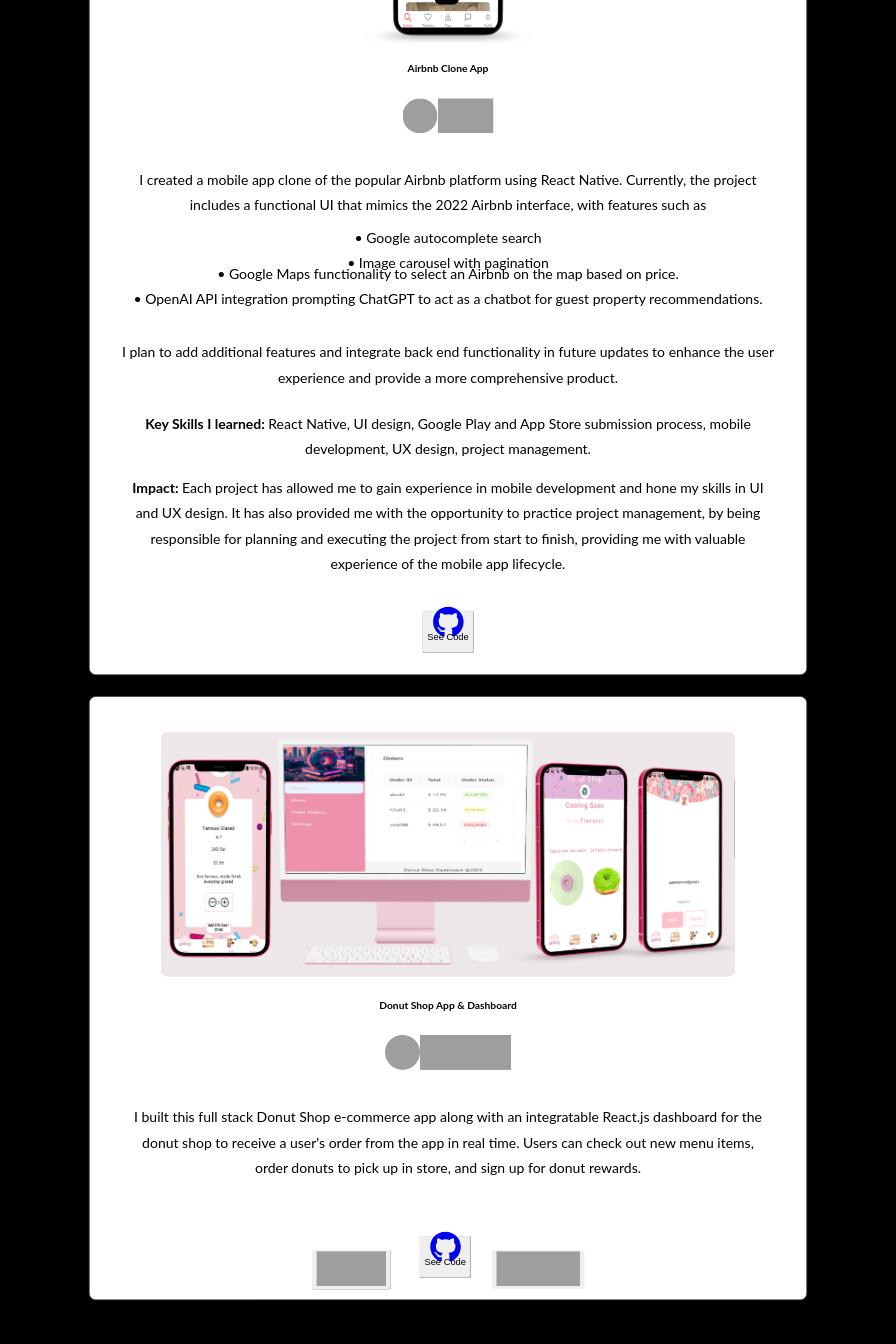
Repository: JamesPesenti/portfolio
Page: /
An editor plug-in stored every save of this project. The page is shown before and after the next save, followed by the edit.
The browser window is 1280 px wide. The pictures show the part of the page from y = 1839 to 3759 px (the page is 6929 px tall), at 70% of full size.
Pictures or frames that could not be fetched are drawn as grey boxes. The project was rebuilt for these pictures with package versions that can differ from the ones it lists, and the page was loaded fresh each time. Imported but missing from the stored project, and not drawn on this page: src/Components/James Pesenti Resume 2023.pdf.

Above is the page before, as saved 2023-05-29 08:41:11.

### public/index.html
<!DOCTYPE html>
<html lang="en">
  <head>
    <meta charset="utf-8" />
    <link rel="" href="" />
    <meta name="viewport" content="width=device-width, initial-scale=1" />
    <meta name="theme-color" content="#000000" />
    <meta name="description" content="James Pesenti Portfolio 2022" />
    <link rel="apple-touch-icon" href="" />
    <link rel="manifest" href="%PUBLIC_URL%/manifest.json" />

    <title>Portfolio 2023</title>

  </head>
  <body>
    <div id="root"></div>
  </body>
</html>

### src/Components/Navbar.jsx
import React, {Component} from 'react'
import { FaGithub } from "react-icons/fa";
import { FaEnvelope } from "react-icons/fa";
import { FaFile } from "react-icons/fa";
import Pdf from "../Components/James Pesenti Resume 2023.pdf"


const Navbar = () => {
  return (
    <>
          <div className="navbar flex">
            <div className="container">
                <nav>
                  <ul style={{textAlign: "center", marginTop: 70, position: 'relative', left: 0, top: -2}}>
                    <li>
                      <a className="App-link"  href="mailto:jamespesenti91@gmail.com" target="_blank" rel="noopener noreferrer">
                      <FaEnvelope size={35} style={{display: "flex", textAlign: "center", marginLeft: 10}}/>
                          Contact
                      </a>
                    </li>
                    <li>
                      <a className="App-link" href="https://github.com/JamesPesenti" target="_blank" rel="noopener noreferrer">
                        <FaGithub size={35} style={{display: "flex", textAlign: "center", marginLeft: 10}} />
                        GitHub
                      </a>
                    </li>
                    <li>
                      <a className="App-link" href={Pdf} target="_blank" rel="noopener noreferrer">
                        <FaFile size={35} style={{display: "flex", textAlign: "center", marginLeft: 10}} />
                        Resume
                      </a>
                    </li>
                  </ul>
                </nav>
                {/* <h4 style={{color: "white", textAlign: 'center', marginBottom:-440}}>
                  See my work below and send a message to get in touch
                </h4> */}
            </div>
          </div>
    </>
  )
}

export default Navbar

### src/Components/AboutMe.jsx
import React from 'react'
import { FontAwesomeIcon } from '@fortawesome/react-fontawesome'
import { FaGithub } from "react-icons/fa";
import { FaMapPin } from "react-icons/fa";

const AboutMe = () => {
  return (
    <>

        <div style={{justifyContent: "center", textAlign: "center", color: "white", padding: 50,}}>
            {/* Spinning image  */}
            {/* <img style={{padding: 10, borderRadius: "50%", width: 200, height: 200,}} src="/images/IMG_1619.jpg" className="App-logo" alt="logo" /> */}
            <img style={{padding: 10, borderRadius: "50%", width: 200, height: 200,}} src="/images/IMG_1619.jpg" alt="logo" />
            <h1>I'm James Pesenti</h1>
            <h2>a Software Developer building mobile apps and websites</h2>
              <FaMapPin size={20} style={{position: "relative", top: 5, right: 65, }} />
              <h3 style={{marginTop: -24}}> Chicago, IL</h3>
        </div>

</>
  )
}

export default AboutMe

### src/Components/Scroll.jsx
import React from 'react'
import '../CSS/App.css';


const Scroll = () => {

  return (
    <>

        <div style={{marginBottom: 400, justifyContnent: 'center'}} id="section09" class="demo">
          <a href="#parallaxContainer">
            <span></span>
            Scroll down to see my work
          </a>
        </div>

    </>
  )
}

export default Scroll

### src/Components/MyProjects.jsx
import UberGoogleButton from "../Components/UberGoogleButton"
import AstonGoogleButton from "./AstonGoogleButton"
import AstonAppleButton from "./AstonAppleButton"
import BarceGoogleButton from "../Components/BarceGoogleButton"
import BarceAppleButton from "./BarceAppleButton"
import { FaGithub } from "react-icons/fa";

const MyProjects = () => {
  return (

  <>
    <div id="parallaxContainer">

    {/* Airbnb Clone */}
    <div style={{ justifyContent: 'center', alignItems: 'center',  width: "80%", borderRadius: 10}} className="box">
            <div>
                <img style={{ borderRadius: 10, marginTop: 50, marginBottom: -35, width: "48%", height: 350, transition: ".7s", }} src="images/mockrocket-capture (11).png" />
            </div>
            <h4 style={{textAlign: 'center'}}>Airbnb Clone App</h4>
                <div style={{flexDirection: "row", padding: 10, borderRadius: 10, marginBottom: -40,}}>
                  <img style={{width: 50, height: 50, borderRadius: 50}} src="https://i.pinimg.com/originals/8a/02/1a/8a021aa097236b42dd71fb731e3d894d.gif"/>
                  <img style={{width: 80, height: 50, }} src="https://www.datocms-assets.com/45470/1631026680-logo-react-native.png"  />
                  {/* <img style={{width: 50, height: 50, }} src="https://pbs.twimg.com/profile_images/1114309924551417856/FKA4cm2x_400x400.png"  /> */}
                </div>
           <div>
            <p style={{fontSize: 20, textAlign: 'center', padding: 50, marginBottom: -60}}>I created a mobile app clone of the popular Airbnb platform using React Native. Currently, the project includes a functional UI that mimics the 2022 Airbnb interface, with features such as</p>
            <p style={{fontSize: 20, padding: 0, marginBottom: -20}}>&#8226; Google autocomplete search</p>
            <p style={{fontSize: 20,  padding: 0, marginBottom: -40}}>&#8226; Image carousel with pagination</p>
            <p style={{fontSize: 20, paddingHorizontal: 0, marginBottom: -20}}> &#8226; Google Maps functionality to select an Airbnb on the map based on price.</p>
            <p style={{fontSize: 20, paddingHorizontal: 0, marginBottom: -20}}> &#8226; OpenAI API integration prompting ChatGPT to act as a chatbot for guest property recommendations.</p>

            <p style={{fontSize: 20, textAlign: 'center', padding: 40, marginBottom: -60}}>I plan to add additional features and integrate back end functionality in future updates to enhance the user experience and provide a more comprehensive product.</p>
            <p style={{fontSize: 20, textAlign: 'center', padding: 30, marginBottom: -80}}><b> Key Skills I learned: </b>React Native, UI design, Google Play and App Store submission process, mobile development, UX design, project management.</p>
            <p style={{fontSize: 20, textAlign: 'center', padding: 50}}><b> Impact: </b> Each project has allowed me to gain experience in mobile development and hone my skills in UI and UX design. It has also provided me with the opportunity to practice project management, by being responsible for planning and executing the project from start to finish, providing me with valuable experience of the mobile app lifecycle.</p>
           </div>

            <div style={{flexDirection: "row"}}>
                {/* <UberGoogleButton  /> */}
                <button style={{marginTop: 10}} type="button" className="codeButton">
                  <a href="https://github.com/JamesPesenti/Airbnb" target="_blank" rel="noopener noreferrer">
                    <FaGithub  size={45} style={{ marginTop: -80, marginBottom: -25, justifyContent: "center", textAlign: "center"}} />
                  </a>
                  <p>See Code</p>
                </button>
                {/* <AstonAppleButton  /> */}
            </div>

        </div>


     {/* Donut Shop App */}
     <div style={{marginTop: 30, marginBottom: 20, justifyContent: 'center', alignItems: 'center',  width: "80%", borderRadius: 10}} className="box">
            <div>
                <img style={{ borderRadius: 10, marginTop: 50, width: "80%", height: 350, transition: ".7s", }} src="/images/appAndDashMock.png" />
            </div>
            <h4 style={{textAlign: 'center'}}>Donut Shop App & Dashboard</h4>
                <div style={{flexDirection: "row", padding: 10, borderRadius: 10, marginBottom: -40,}}>
                  <img style={{width: 50, height: 50, borderRadius: 50}} src="https://i.pinimg.com/originals/8a/02/1a/8a021aa097236b42dd71fb731e3d894d.gif"/>
                  <img style={{width: 80, height: 50, }} src="https://www.datocms-assets.com/45470/1631026680-logo-react-native.png"  />
                  <img style={{width: 50, height: 50, }} src="https://pbs.twimg.com/profile_images/1114309924551417856/FKA4cm2x_400x400.png"  />
                </div>
            <p style={{fontSize: 20,textAlign: 'center', padding: 50}}>I built this full stack Donut Shop e-commerce app along with an integratable React.js dashboard for the donut shop to receive a user's order from the app in real time. Users can check out new menu items, order donuts to pick up in store, and sign up for donut rewards.</p>

            <div style={{flexDirection: "row"}}>
                <UberGoogleButton  />
                <button style={{marginTop: 40}} type="button" className="codeButton">
                  <a href="https://github.com/JamesPesenti/Donut_Shop" target="_blank" rel="noopener noreferrer">
                    <FaGithub  size={45} style={{ marginTop: -80, marginBottom: -25, justifyContent: "center", textAlign: "center"}} />
                  </a>
                  <p>See Code</p>
                </button>
                <AstonAppleButton  />
            </div>

        </div>


    {/* Uber Eats App */}
    <div style={{marginTop: 80, marginBottom: 60, justifyContent: 'center', alignItems: 'center',  width: "80%", borderRadius: 10}} className="box">
            <div className="imgWrapper" style={{width: 480, height: 350}}>
                <img style={{ borderRadius: 5, marginTop: 50, width: "100%", height: 300, transition: ".7s", }} src="/images/UberEatsLast.png" />
            </div>
            <h4 style={{textAlign: 'center'}}>Uber Eats Clone App</h4>
                <div style={{flexDirection: "row", padding: 10, borderRadius: 10, marginBottom: -40,}}>
                  <img style={{width: 50, height: 50, borderRadius: 50}} src="https://i.pinimg.com/originals/8a/02/1a/8a021aa097236b42dd71fb731e3d894d.gif"/>
                  <img style={{width: 80, height: 50, }} src="https://www.datocms-assets.com/45470/1631026680-logo-react-native.png"  />
                  <img style={{width: 50, height: 50, }} src="https://pbs.twimg.com/profile_images/1114309924551417856/FKA4cm2x_400x400.png" />
                </div>
            <p style={{fontSize: 20,textAlign: 'center', padding: 50}}>A full stack React Native app inspired by the UberEats user app. I utilized AWS Amplify's datastore to configure the back end to query and save customer's orders and used Amazon Cognito for user registration, authentication, & account recovery.</p>

            <div style={{flexDirection: "row"}}>
                <UberGoogleButton  />
                <button style={{marginTop: 40}} type="button" className="codeButton">
                  <a href="https://github.com/JamesPesenti/UberEatsClone" target="_blank" rel="noopener noreferrer">
                    <FaGithub  size={45} style={{ marginTop: -80, marginBottom: -20, justifyContent: "center", textAlign: "center"}} />
                  </a>
                  <p>See Code</p>
                </button>
                <AstonAppleButton  />
            </div>

        </div>


     {/* Aston Waikiki App */}
       <div style={{marginTop: 80, marginBottom: 120, justifyContent: 'center', alignItems: 'center',  width: "80%", borderRadius: 10}} className="box">
            <div className="imgWrapper" style={{width: 450, height: 350}}>
                <img style={{ marginTop: 50, width: "100%", height: "auto", transition: ".7s", }} src="/images/astonmock.png" />
            </div>
            <h4 style={{textAlign: 'center'}}>Aston Waikiki Hotel UI</h4>
                <div style={{flexDirection: "row", padding: 10, borderRadius: 10, marginBottom: -40,}}>
                  <img style={{width: 50, height: 50, borderRadius: 50}} src="https://i.pinimg.com/originals/8a/02/1a/8a021aa097236b42dd71fb731e3d894d.gif"/>
                  <img style={{width: 80, height: 50, }} src="https://www.datocms-assets.com/45470/1631026680-logo-react-native.png"  />
                </div>
            <p style={{fontSize: 20,textAlign: 'center', padding: 50}}>A React Native UI design I created to reimagine the hotel Aston Waikiki Beach's website into a cross platform mobile app. I used most of the content and images from the current website and utilized both Bottom Tabs, Drawer navigation and other React Native libraries for a better user experience.</p>

            <div style={{flexDirection: "row"}}>
                <AstonGoogleButton  />
                <button style={{marginTop: 40}} type="button" className="codeButton">
                        <a href="https://github.com/JamesPesenti/AstonWaikikiBeachApp" target="_blank" rel="noopener noreferrer">
                            <FaGithub  size={45} style={{ marginTop: -80, marginBottom: -20, justifyContent: "center", textAlign: "center"}} />
                        </a>
                        <p>See Code</p>
                </button>
                <AstonAppleButton  />
            </div>

        </div>


    {/* Barcelona App */}
       <div style={{marginTop: 20, marginBottom: 120, justifyContent: 'center', alignItems: 'center',  width: "80%", borderRadius: 10}} className="box">
            <div className="imgWrapper" style={{width: 650, height: 300}}>
                <img style={{ marginTop: 30, width: "100%", height: 250, transition: ".7s", }} src="/images/barcelonamockup.png" />
            </div>
            <h4 style={{textAlign: 'center'}}>Barcelona Tourist App</h4>
                <div style={{flexDirection: "row", padding: 10, borderRadius: 10, marginBottom: -20,}}>
                <img style={{width: 80, height: 50,}} src="https://www.datocms-assets.com/45470/1631026680-logo-react-native.png"  />
                <img style={{width: 50, height: 50, borderRadius: 50}} src="https://i.pinimg.com/originals/8a/02/1a/8a021aa097236b42dd71fb731e3d894d.gif"/>
                </div>
            <p style={{fontSize: 20, textAlign: 'center', padding: 50}}>I created this React Native app for visitors of Barcelona Spain to save pictures and locations of their favorite places. I used pop-up modals for users to quickly get information on popular sights and used geolocation with google maps so users can save their location and select it on the map.</p>

            <div style={{flexDirection: "row"}}>
               <BarceAppleButton  />
                <button style={{marginTop: 40}} type="button" className="codeButton">
                        <a href="https://github.com/JamesPesenti/BarcelonaApp" target="_blank" rel="noopener noreferrer">
                            <FaGithub  size={45} style={{ marginTop: -80, marginBottom: -20, justifyContent: "center", textAlign: "center"}} />
                        </a>
                        <p>See Code</p>
                </button>
                <BarceGoogleButton  />
            </div>

        </div>

    {/* IAR React App */}
        {/* <div style={{marginBottom: 0, justifyContent: 'center', alignItems: 'center',  width: "80%", borderRadius: 10}} className="box">
            <img style={{ width: 600, height: 350, borderRadius: 10, borderWidth: 2, borderColor: "green"}} src="/images/innermock.png" />
            <h4 style={{textAlign: 'center'}}>Inner Aura Readings Website</h4>
            <div style={{flexDirection: "row", padding: 10, borderRadius: 10}}>
                <img src="https://www.logo.wine/a/logo/React_(web_framework)/React_(web_framework)-Logo.wine.svg" style={{width: 100, height: 50,}} />
                <img className="logoBox" src="https://cdn.pixabay.com/photo/2017/08/05/11/16/logo-2582747_1280.png" style={{width: 50, height: 50,}} />
            </div>
            <p style={{fontSize: 20, textAlign: 'center', padding: 50}}>This was the first official React.js web app that I developed. I made it for a friend who wanted to reach more customers with a mobile friendly website. I made multiple iterations and converted it into a PWA for offline operability with native like performance. </p>
            <button style={{marginTop: 0}} type="button" className="codeButton">
                        <a href="https://github.com/JamesPesenti/InnerAuraReadings2022" target="_blank" rel="noopener noreferrer">
                            <FaGithub  size={45} style={{ marginTop: -80, marginBottom: -20, justifyContent: "center", textAlign: "center"}} />
                        </a>
                        <p>See Code</p>
            </button>

        </div> */}


{/* REapp */}
        {/* <div style={{marginBottom: 100, justifyContent: 'center', alignItems: 'center',  width: "80%", borderRadius: 10,}} className="box">
        <img style={{marginTop: 50, width: 800, height: 350, borderRadius: 10, borderWidth: 2, borderColor: "green"}} src="/images/remockup.png" />
            <h4 style={{textAlign: 'center'}}>Real Estate Listing Website </h4>
            <div style={{flexDirection: "row", padding: 10, borderRadius: 10}}>
                <img src="https://www.logo.wine/a/logo/React_(web_framework)/React_(web_framework)-Logo.wine.svg" style={{width: 100, height: 50,}} />
                <img src="https://img.icons8.com/color/480/cloud-firestore.png" style={{width: 50, height: 50,}} />
                <img src="https://raw.githubusercontent.com/JamesPesenti/RealEstateApp/16b046b3d34b4a26468627e906dc503be8911b73/src/assets/svg/googleIcon.svg" style={{marginBottom: 8, width: 100, height: 30,}} />
            </div>
            <p style={{fontSize: 20, textAlign: 'center', padding: 50}}>Real Estate listing website built with React, FireStore database and Google OAuth to sign in with a google account. You can search listings for rent/sale and login to your account to create a listing and save offers. Inspiration and back-end code taken from Brad Traversey's React course I took on Udemy.</p>
            <button style={{marginTop: 40}} type="button" className="codeButton">
                        <a href="https://github.com/JamesPesenti/RealEstateApp" target="_blank" rel="noopener noreferrer">
                            <FaGithub  size={45} style={{ marginTop: -80, marginBottom: -20, justifyContent: "center", textAlign: "center"}} />
                        </a>
                        <p>See Code</p>
            </button>
        </div> */}

    </div>


    </>
  )
}

export default MyProjects

### src/Components/UberGoogleButton.jsx
import React from 'react'


const UberGoogleButton = () => {
  return (
    <>
    <button type="button" style={{marginRight: 40, borderWidth: .1, borderColor: '#efefef', borderRadius: 5}}>
        <a href="https://expo.dev/accounts/jimpesenti/projects/UberEats/builds/b9dfcb73-dd37-4009-b5f9-7d24a72b937d">
            <img style={{width: 100, height: 50, borderRadius: 0}} src="https://logos-world.net/wp-content/uploads/2020/12/Google-Play-Logo-500x281.png"/>
        </a>
    </button>
    </>
  )
}

export default UberGoogleButton

### src/Components/AstonGoogleButton.jsx
import React from 'react'


const AstonGoogleButton = () => {
  return (
    <>
    <button type="button" style={{marginRight: 40, borderWidth: .1, borderColor: '#efefef', borderRadius: 5}}>
        <a href="https://play.google.com/store/apps/details?id=com.jamespesenti91.astonwaikikibeach">
            <img style={{width: 100, height: 50, borderRadius: 0}} src="https://logos-world.net/wp-content/uploads/2020/12/Google-Play-Logo-500x281.png"/>
        </a>
    </button>
    </>
  )
}

export default AstonGoogleButton

### src/Components/AstonAppleButton.jsx
import React from 'react'

const AstonAppleButton = () => {
  return (
    <>
    <button type="submit" style={{marginLeft: 30, borderWidth: 0,}}  >
        <a href="">
            <img style={{width: 120, height: 50, borderRadius: 0}} src="https://images.squarespace-cdn.com/content/v1/5b549a7f3c3a53487c250f58/1597439116255-P7ME5MNOIWQLJS1X4CPP/Apple+App+Store+Logo+Button.png"/>
        </a>
    </button>
    </>
  )
}

export default AstonAppleButton

### src/Components/BarceGoogleButton.jsx
import React from 'react'


const BarceGoogleButton = () => {
  return (
    <>
    <button type="button" style={{marginLeft: 30, borderWidth: .1, borderColor: '#efefef', borderRadius: 5}}>
        <a href="https://play.google.com/store/apps/details?id=com.jamespesenti91.VisitBarcelona">
            <img style={{width: 100, height: 50, borderRadius: 0}} src="https://logos-world.net/wp-content/uploads/2020/12/Google-Play-Logo-500x281.png" alt="barceButton"/>
        </a>
    </button>
    </>
  )
}

export default BarceGoogleButton

### src/Components/BarceAppleButton.jsx
import React from 'react'

const BarceAppleButton = () => {
  return (
    <>
    <button type="submit" style={{marginRight: 30, borderWidth: 0,}}  >
        <a href="">
            <img style={{width: 120, height: 50, borderRadius: 0}} src="https://images.squarespace-cdn.com/content/v1/5b549a7f3c3a53487c250f58/1597439116255-P7ME5MNOIWQLJS1X4CPP/Apple+App+Store+Logo+Button.png"/>
        </a>
    </button>
    </>
  )
}

export default BarceAppleButton

Loaded but not shown: src/index.js (common file); src/reportWebVitals.js (common file); src/serviceWorkerRegistration.js (137 lines, source omitted); src/App.js (33 lines, source omitted); src/CSS/App.css (351 lines, source omitted); src/CSS/index.css (197 lines, source omitted)

After the next save:
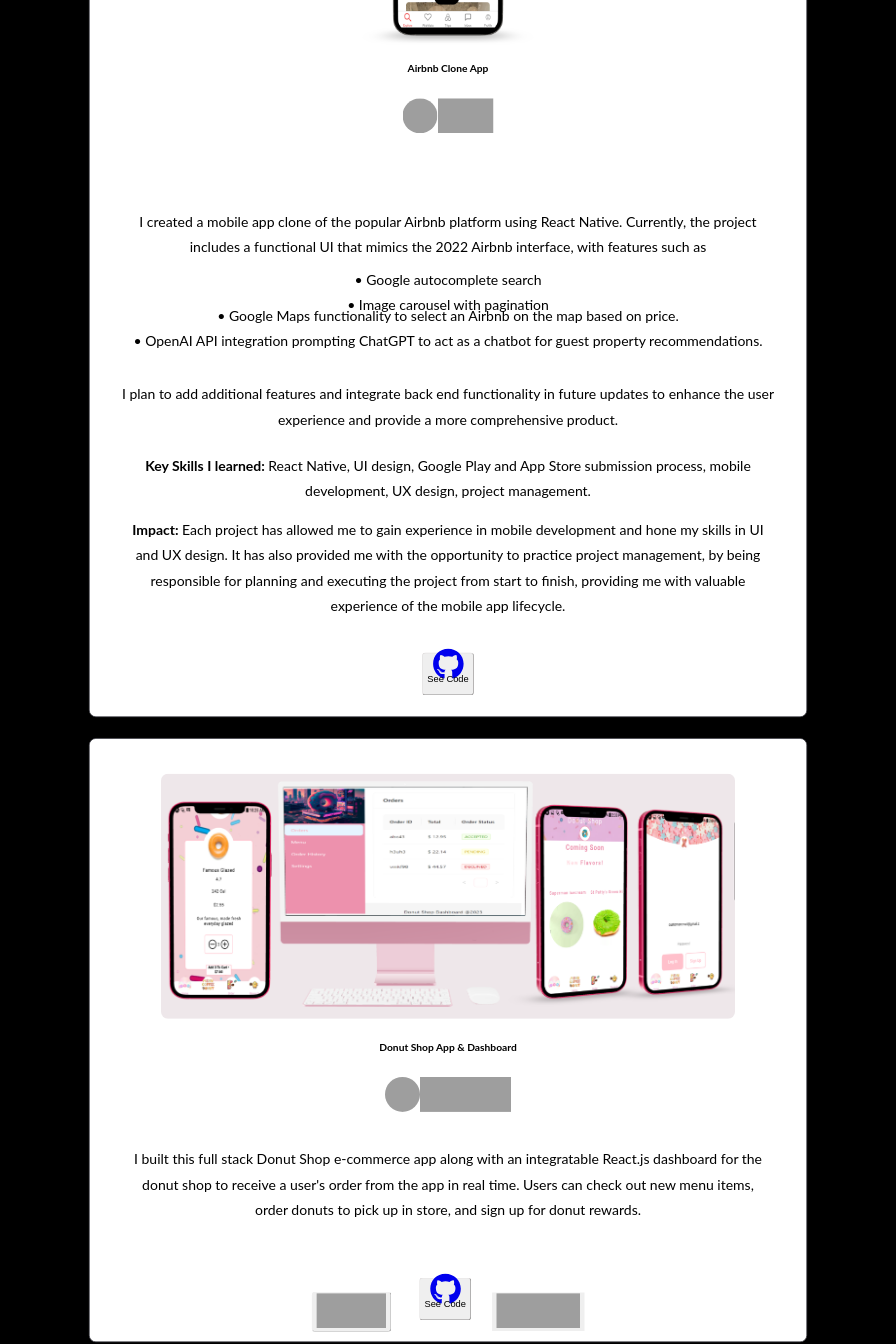
Saved 13 s later.
--- a/src/Components/MyProjects.jsx
+++ b/src/Components/MyProjects.jsx
@@ -17,7 +17,7 @@
                 <img style={{ borderRadius: 10, marginTop: 50, marginBottom: -35, width: "48%", height: 350, transition: ".7s", }} src="images/mockrocket-capture (11).png" />
             </div>
             <h4 style={{textAlign: 'center'}}>Airbnb Clone App</h4>
-                <div style={{flexDirection: "row", padding: 10, borderRadius: 10, marginBottom: -40,}}>
+                <div style={{flexDirection: "row", padding: 10, borderRadius: 10, marginBottom: 40,}}>
                   <img style={{width: 50, height: 50, borderRadius: 50}} src="https://i.pinimg.com/originals/8a/02/1a/8a021aa097236b42dd71fb731e3d894d.gif"/>
                   <img style={{width: 80, height: 50, }} src="https://www.datocms-assets.com/45470/1631026680-logo-react-native.png"  />
                   {/* <img style={{width: 50, height: 50, }} src="https://pbs.twimg.com/profile_images/1114309924551417856/FKA4cm2x_400x400.png"  /> */}
